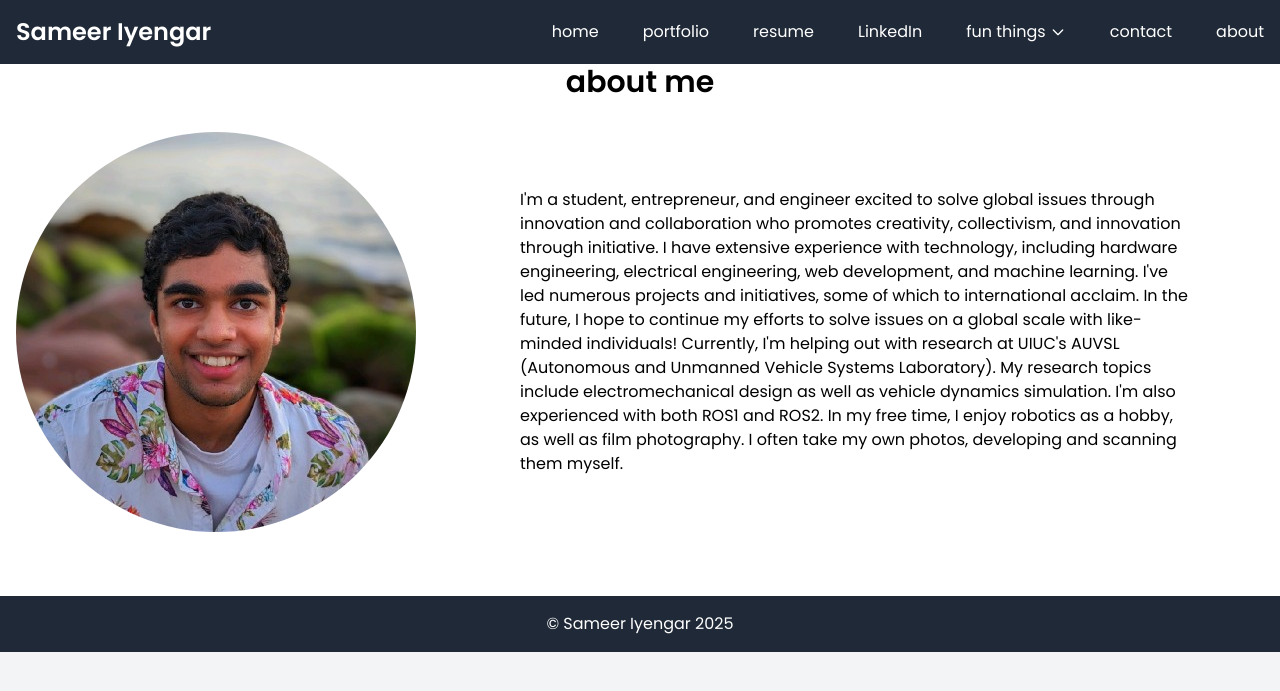
Repository: siyengar04/siyengar04.github.io
Page: about.html
These files come from the project's save history. The page is drawn as it stood at one moment and after the next save; the edit follows.
The browser window is 1280 px wide. The pictures show the whole page.
Some web libraries are served in a nearby version.

Above is the page before, as saved 2025-06-26 18:23:21.

### about.html
<!DOCTYPE html>
<html lang="en">

<head>
    <meta charset="UTF-8">
    <meta name="viewport" content="width=device-width, initial-scale=1.0">
    <meta property="og:image" content="/images/profile.jpg">
    <meta property="og:image:type" content="image/jpg">
    <meta name="description" content="student, innovator, engineer" />
    <meta property="og:title" content="Sameer Iyengar">
    <meta property="og:description" content="student, innovator, engineer">

    <title>Sameer Iyengar</title>
    <script src="https://cdn.tailwindcss.com"></script>
    <link href="/src/output.css" rel="stylesheet">
    <link href="https://fonts.googleapis.com/css2?family=Poppins:wght@300;400;600&display=swap" rel="stylesheet">
    <style>
        body {
            font-family: 'Poppins', sans-serif;
        }
    </style>
</head>

<body class="bg-gray-100">
    <header class="fixed top-0 z-10 w-full py-4 text-white bg-gray-800">
        <div class="container flex items-center justify-between px-4 mx-auto">
            <h1 class="text-2xl font-semibold">Sameer Iyengar</h1>
            <div class="md:hidden">
                <button id="nav-toggle" class="text-white focus:outline-none">
                    <svg xmlns="http://www.w3.org/2000/svg" class="w-6 h-6" fill="none" viewBox="0 0 24 24" stroke="currentColor">
                        <path stroke-linecap="round" stroke-linejoin="round" stroke-width="2" d="M4 6h16M4 12h16m-7 6h7" />
                    </svg>
                </button>
            </div>
            <nav id="nav-menu" class="hidden md:flex md:space-x-6">
                <ul class="flex flex-col space-y-4 md:flex-row md:space-y-0 md:space-x-6">
                    <li><a href="index.html" class="hover:text-gray-400">home</a></li>
                    <li><a href="/portfolio.html" class="hover:text-gray-400">portfolio</a></li>
                    <li><a href="/resume.html" class="hover:text-gray-400">resume</a></li>
                    <li><a href="https://www.linkedin.com/in/sameer-iyengar/" class="hover:text-gray-400">LinkedIn</a></li>

                    <!-- Fun Things Dropdown -->
                    <li class="relative dropdown">
                        <button class="flex items-center hover:text-gray-400 focus:outline-none">
                            fun things
                            <svg xmlns="http://www.w3.org/2000/svg" class="w-4 h-4 ml-1" fill="none" viewBox="0 0 24 24" stroke="currentColor">
                                <path stroke-linecap="round" stroke-linejoin="round" stroke-width="2" d="M19 9l-7 7-7-7" />
                            </svg>
                        </button>
                        <div class="absolute z-20 hidden w-48 py-1 mt-2 bg-gray-700 rounded-md shadow-lg dropdown-menu">
                            <a href="/cat-gallery.html" class="block px-4 py-2 hover:bg-gray-600">eva!!</a>
                            <!-- <a href="/travel-photos.html" class="block px-4 py-2 hover:bg-gray-600">Travel Photos</a>
                            <a href="/hobbies.html" class="block px-4 py-2 hover:bg-gray-600">My Hobbies</a>
                            <a href="/fun-facts.html" class="block px-4 py-2 hover:bg-gray-600">Fun Facts</a> -->
                        </div>
                    </li>

                    <li><a href="/contact.html" class="hover:text-gray-400">contact</a></li>
                    <li><a href="/about.html" class="hover:text-gray-400">about</a></li>
                </ul>
            </nav>
        </div>
    </header>
    <section id="about" class="py-16 bg-white about">
        <h2 class="mb-8 text-3xl font-bold text-center">about me</h2>

        <div class="container flex flex-col items-center px-4 mx-auto md:flex-row">
            <img src="/images/profile.jpg" alt="Profile Picture" class="mb-8 rounded-full w-100 h-100 md:mb-0 md:mr-8">
            <div class="text-left md:text-left md:flex-1">
                <p class="max-w-2xl mx-auto text-left">I'm a student, entrepreneur, and engineer excited to solve global issues through innovation and collaboration who promotes creativity, collectivism, and innovation through initiative. I have extensive experience with technology, including hardware engineering, electrical engineering, web development, and machine learning. I've led numerous projects and initiatives, some of which to international acclaim. In the future, I hope to continue my efforts to solve issues on a global scale with like-minded individuals! Currently, I'm helping out with research at UIUC's AUVSL (Autonomous and Unmanned Vehicle Systems Laboratory). My research topics include electromechanical design as well as vehicle dynamics simulation. I'm also experienced with both ROS1 and ROS2. In my free time, I enjoy robotics as a hobby, as well as film photography. I often take my own photos, developing and scanning them myself.</p>
            </div>
        </div>
    </section>


    <footer class="py-4 text-center text-white bg-gray-800">
        <div class="container mx-auto">
            <p>&copy; Sameer Iyengar 2025</p>
        </div>
    </footer>

    <script>
        const navToggle = document.getElementById('nav-toggle');
        const navMenu = document.getElementById('nav-menu');

        navToggle.addEventListener('click', () => {
            navMenu.classList.toggle('hidden');
        });
    </script>
</body>

</html>

### src/output.css
*, ::before, ::after {
  --tw-border-spacing-x: 0;
  --tw-border-spacing-y: 0;
  --tw-translate-x: 0;
  --tw-translate-y: 0;
  --tw-rotate: 0;
  --tw-skew-x: 0;
  --tw-skew-y: 0;
  --tw-scale-x: 1;
  --tw-scale-y: 1;
  --tw-pan-x:  ;
  --tw-pan-y:  ;
  --tw-pinch-zoom:  ;
  --tw-scroll-snap-strictness: proximity;
  --tw-gradient-from-position:  ;
  --tw-gradient-via-position:  ;
  --tw-gradient-to-position:  ;
  --tw-ordinal:  ;
  --tw-slashed-zero:  ;
  --tw-numeric-figure:  ;
  --tw-numeric-spacing:  ;
  --tw-numeric-fraction:  ;
  --tw-ring-inset:  ;
  --tw-ring-offset-width: 0px;
  --tw-ring-offset-color: #fff;
  --tw-ring-color: rgb(59 130 246 / 0.5);
  --tw-ring-offset-shadow: 0 0 #0000;
  --tw-ring-shadow: 0 0 #0000;
  --tw-shadow: 0 0 #0000;
  --tw-shadow-colored: 0 0 #0000;
  --tw-blur:  ;
  --tw-brightness:  ;
  --tw-contrast:  ;
  --tw-grayscale:  ;
  --tw-hue-rotate:  ;
  --tw-invert:  ;
  --tw-saturate:  ;
  --tw-sepia:  ;
  --tw-drop-shadow:  ;
  --tw-backdrop-blur:  ;
  --tw-backdrop-brightness:  ;
  --tw-backdrop-contrast:  ;
  --tw-backdrop-grayscale:  ;
  --tw-backdrop-hue-rotate:  ;
  --tw-backdrop-invert:  ;
  --tw-backdrop-opacity:  ;
  --tw-backdrop-saturate:  ;
  --tw-backdrop-sepia:  ;
  --tw-contain-size:  ;
  --tw-contain-layout:  ;
  --tw-contain-paint:  ;
  --tw-contain-style:  ;
}

::backdrop {
  --tw-border-spacing-x: 0;
  --tw-border-spacing-y: 0;
  --tw-translate-x: 0;
  --tw-translate-y: 0;
  --tw-rotate: 0;
  --tw-skew-x: 0;
  --tw-skew-y: 0;
  --tw-scale-x: 1;
  --tw-scale-y: 1;
  --tw-pan-x:  ;
  --tw-pan-y:  ;
  --tw-pinch-zoom:  ;
  --tw-scroll-snap-strictness: proximity;
  --tw-gradient-from-position:  ;
  --tw-gradient-via-position:  ;
  --tw-gradient-to-position:  ;
  --tw-ordinal:  ;
  --tw-slashed-zero:  ;
  --tw-numeric-figure:  ;
  --tw-numeric-spacing:  ;
  --tw-numeric-fraction:  ;
  --tw-ring-inset:  ;
  --tw-ring-offset-width: 0px;
  --tw-ring-offset-color: #fff;
  --tw-ring-color: rgb(59 130 246 / 0.5);
  --tw-ring-offset-shadow: 0 0 #0000;
  --tw-ring-shadow: 0 0 #0000;
  --tw-shadow: 0 0 #0000;
  --tw-shadow-colored: 0 0 #0000;
  --tw-blur:  ;
  --tw-brightness:  ;
  --tw-contrast:  ;
  --tw-grayscale:  ;
  --tw-hue-rotate:  ;
  --tw-invert:  ;
  --tw-saturate:  ;
  --tw-sepia:  ;
  --tw-drop-shadow:  ;
  --tw-backdrop-blur:  ;
  --tw-backdrop-brightness:  ;
  --tw-backdrop-contrast:  ;
  --tw-backdrop-grayscale:  ;
  --tw-backdrop-hue-rotate:  ;
  --tw-backdrop-invert:  ;
  --tw-backdrop-opacity:  ;
  --tw-backdrop-saturate:  ;
  --tw-backdrop-sepia:  ;
  --tw-contain-size:  ;
  --tw-contain-layout:  ;
  --tw-contain-paint:  ;
  --tw-contain-style:  ;
}

/*
! tailwindcss v3.4.14 | MIT License | https://tailwindcss.com
*/

/*
1. Prevent padding and border from affecting element width. (https://github.com/mozdevs/cssremedy/issues/4)
2. Allow adding a border to an element by just adding a border-width. (https://github.com/tailwindcss/tailwindcss/pull/116)
*/

*,
::before,
::after {
  box-sizing: border-box;
  /* 1 */
  border-width: 0;
  /* 2 */
  border-style: solid;
  /* 2 */
  border-color: #e5e7eb;
  /* 2 */
}

::before,
::after {
  --tw-content: '';
}

/*
1. Use a consistent sensible line-height in all browsers.
2. Prevent adjustments of font size after orientation changes in iOS.
3. Use a more readable tab size.
4. Use the user's configured `sans` font-family by default.
5. Use the user's configured `sans` font-feature-settings by default.
6. Use the user's configured `sans` font-variation-settings by default.
7. Disable tap highlights on iOS
*/

html,
:host {
  line-height: 1.5;
  /* 1 */
  -webkit-text-size-adjust: 100%;
  /* 2 */
  -moz-tab-size: 4;
  /* 3 */
  -o-tab-size: 4;
     tab-size: 4;
  /* 3 */
  font-family: ui-sans-serif, system-ui, sans-serif, "Apple Color Emoji", "Segoe UI Emoji", "Segoe UI Symbol", "Noto Color Emoji";
  /* 4 */
  font-feature-settings: normal;
  /* 5 */
  font-variation-settings: normal;
  /* 6 */
  -webkit-tap-highlight-color: transparent;
  /* 7 */
}

/*
1. Remove the margin in all browsers.
2. Inherit line-height from `html` so users can set them as a class directly on the `html` element.
*/

body {
  margin: 0;
  /* 1 */
  line-height: inherit;
  /* 2 */
}

/*
1. Add the correct height in Firefox.
2. Correct the inheritance of border color in Firefox. (https://bugzilla.mozilla.org/show_bug.cgi?id=190655)
3. Ensure horizontal rules are visible by default.
*/

hr {
  height: 0;
  /* 1 */
  color: inherit;
  /* 2 */
  border-top-width: 1px;
  /* 3 */
}

/*
Add the correct text decoration in Chrome, Edge, and Safari.
*/

abbr:where([title]) {
  -webkit-text-decoration: underline dotted;
          text-decoration: underline dotted;
}

/*
Remove the default font size and weight for headings.
*/

h1,
h2,
h3,
h4,
h5,
h6 {
  font-size: inherit;
  font-weight: inherit;
}

/*
Reset links to optimize for opt-in styling instead of opt-out.
*/

a {
  color: inherit;
  text-decoration: inherit;
}

/*
Add the correct font weight in Edge and Safari.
*/

b,
strong {
  font-weight: bolder;
}

/*
1. Use the user's configured `mono` font-family by default.
2. Use the user's configured `mono` font-feature-settings by default.
3. Use the user's configured `mono` font-variation-settings by default.
4. Correct the odd `em` font sizing in all browsers.
*/

code,
kbd,
samp,
pre {
  font-family: ui-monospace, SFMono-Regular, Menlo, Monaco, Consolas, "Liberation Mono", "Courier New", monospace;
  /* 1 */
  font-feature-settings: normal;
  /* 2 */
  font-variation-settings: normal;
  /* 3 */
  font-size: 1em;
  /* 4 */
}

/*
Add the correct font size in all browsers.
*/

small {
  font-size: 80%;
}

/*
Prevent `sub` and `sup` elements from affecting the line height in all browsers.
*/

sub,
sup {
  font-size: 75%;
  line-height: 0;
  position: relative;
  vertical-align: baseline;
}

sub {
  bottom: -0.25em;
}

sup {
  top: -0.5em;
}

/*
1. Remove text indentation from table contents in Chrome and Safari. (https://bugs.chromium.org/p/chromium/issues/detail?id=999088, https://bugs.webkit.org/show_bug.cgi?id=201297)
2. Correct table border color inheritance in all Chrome and Safari. (https://bugs.chromium.org/p/chromium/issues/detail?id=935729, https://bugs.webkit.org/show_bug.cgi?id=195016)
3. Remove gaps between table borders by default.
*/

table {
  text-indent: 0;
  /* 1 */
  border-color: inherit;
  /* 2 */
  border-collapse: collapse;
  /* 3 */
}

/*
1. Change the font styles in all browsers.
2. Remove the margin in Firefox and Safari.
3. Remove default padding in all browsers.
*/

button,
input,
optgroup,
select,
textarea {
  font-family: inherit;
  /* 1 */
  font-feature-settings: inherit;
  /* 1 */
  font-variation-settings: inherit;
  /* 1 */
  font-size: 100%;
  /* 1 */
  font-weight: inherit;
  /* 1 */
  line-height: inherit;
  /* 1 */
  letter-spacing: inherit;
  /* 1 */
  color: inherit;
  /* 1 */
  margin: 0;
  /* 2 */
  padding: 0;
  /* 3 */
}

/*
Remove the inheritance of text transform in Edge and Firefox.
*/

button,
select {
  text-transform: none;
}

/*
1. Correct the inability to style clickable types in iOS and Safari.
2. Remove default button styles.
*/

button,
input:where([type='button']),
input:where([type='reset']),
input:where([type='submit']) {
  -webkit-appearance: button;
  /* 1 */
  background-color: transparent;
  /* 2 */
  background-image: none;
  /* 2 */
}

/*
Use the modern Firefox focus style for all focusable elements.
*/

:-moz-focusring {
  outline: auto;
}

/*
Remove the additional `:invalid` styles in Firefox. (https://github.com/mozilla/gecko-dev/blob/2f9eacd9d3d995c937b4251a5557d95d494c9be1/layout/style/res/forms.css#L728-L737)
*/

:-moz-ui-invalid {
  box-shadow: none;
}

/*
Add the correct vertical alignment in Chrome and Firefox.
*/

progress {
  vertical-align: baseline;
}

/*
Correct the cursor style of increment and decrement buttons in Safari.
*/

::-webkit-inner-spin-button,
::-webkit-outer-spin-button {
  height: auto;
}

/*
1. Correct the odd appearance in Chrome and Safari.
2. Correct the outline style in Safari.
*/

[type='search'] {
  -webkit-appearance: textfield;
  /* 1 */
  outline-offset: -2px;
  /* 2 */
}

/*
Remove the inner padding in Chrome and Safari on macOS.
*/

::-webkit-search-decoration {
  -webkit-appearance: none;
}

/*
1. Correct the inability to style clickable types in iOS and Safari.
2. Change font properties to `inherit` in Safari.
*/

::-webkit-file-upload-button {
  -webkit-appearance: button;
  /* 1 */
  font: inherit;
  /* 2 */
}

/*
Add the correct display in Chrome and Safari.
*/

summary {
  display: list-item;
}

/*
Removes the default spacing and border for appropriate elements.
*/

blockquote,
dl,
dd,
h1,
h2,
h3,
h4,
h5,
h6,
hr,
figure,
p,
pre {
  margin: 0;
}

fieldset {
  margin: 0;
  padding: 0;
}

legend {
  padding: 0;
}

ol,
ul,
menu {
  list-style: none;
  margin: 0;
  padding: 0;
}

/*
Reset default styling for dialogs.
*/

dialog {
  padding: 0;
}

/*
Prevent resizing textareas horizontally by default.
*/

textarea {
  resize: vertical;
}

/*
1. Reset the default placeholder opacity in Firefox. (https://github.com/tailwindlabs/tailwindcss/issues/3300)
2. Set the default placeholder color to the user's configured gray 400 color.
*/

input::-moz-placeholder, textarea::-moz-placeholder {
  opacity: 1;
  /* 1 */
  color: #9ca3af;
  /* 2 */
}

input::placeholder,
textarea::placeholder {
  opacity: 1;
  /* 1 */
  color: #9ca3af;
  /* 2 */
}

/*
Set the default cursor for buttons.
*/

button,
[role="button"] {
  cursor: pointer;
}

/*
Make sure disabled buttons don't get the pointer cursor.
*/

:disabled {
  cursor: default;
}

/*
1. Make replaced elements `display: block` by default. (https://github.com/mozdevs/cssremedy/issues/14)
2. Add `vertical-align: middle` to align replaced elements more sensibly by default. (https://github.com/jensimmons/cssremedy/issues/14#issuecomment-634934210)
   This can trigger a poorly considered lint error in some tools but is included by design.
*/

img,
svg,
video,
canvas,
audio,
iframe,
embed,
object {
  display: block;
  /* 1 */
  vertical-align: middle;
  /* 2 */
}

/*
Constrain images and videos to the parent width and preserve their intrinsic aspect ratio. (https://github.com/mozdevs/cssremedy/issues/14)
*/

img,
video {
  max-width: 100%;
  height: auto;
}

/* Make elements with the HTML hidden attribute stay hidden by default */

[hidden]:where(:not([hidden="until-found"])) {
  display: none;
}

body {
  font-family: 'Poppins', sans-serif;
  margin: 0;
  padding: 0;
  box-sizing: border-box;
}

header {
  background-color: #333;
  padding: 20px 0;
  color: #fff;
}

header nav ul {
  display: flex;
  list-style-type: none;
  gap: 20px;
}

header nav ul li a {
  color: #fff;
  text-decoration: none;
}

.hero {
  background: url('images/hero.jpg') no-repeat center center/cover;
  height: 80vh;
  display: flex;
  align-items: center;
  justify-content: center;
  color: #fff;
  text-align: center;
}

.portfolio {
  padding: 40px 0;
}

.gallery {
  display: grid;
  grid-template-columns: repeat(auto-fit, minmax(200px, 1fr));
  gap: 20px;
}

.gallery img {
  width: 100%;
  height: auto;
}

.contact-btn {
  background-color: #333;
  color: #fff;
  padding: 10px 20px;
  text-decoration: none;
  border-radius: 5px;
}

footer {
  background-color: #333;
  color: #fff;
  text-align: center;
  padding: 10px 0;
}

After the next save:
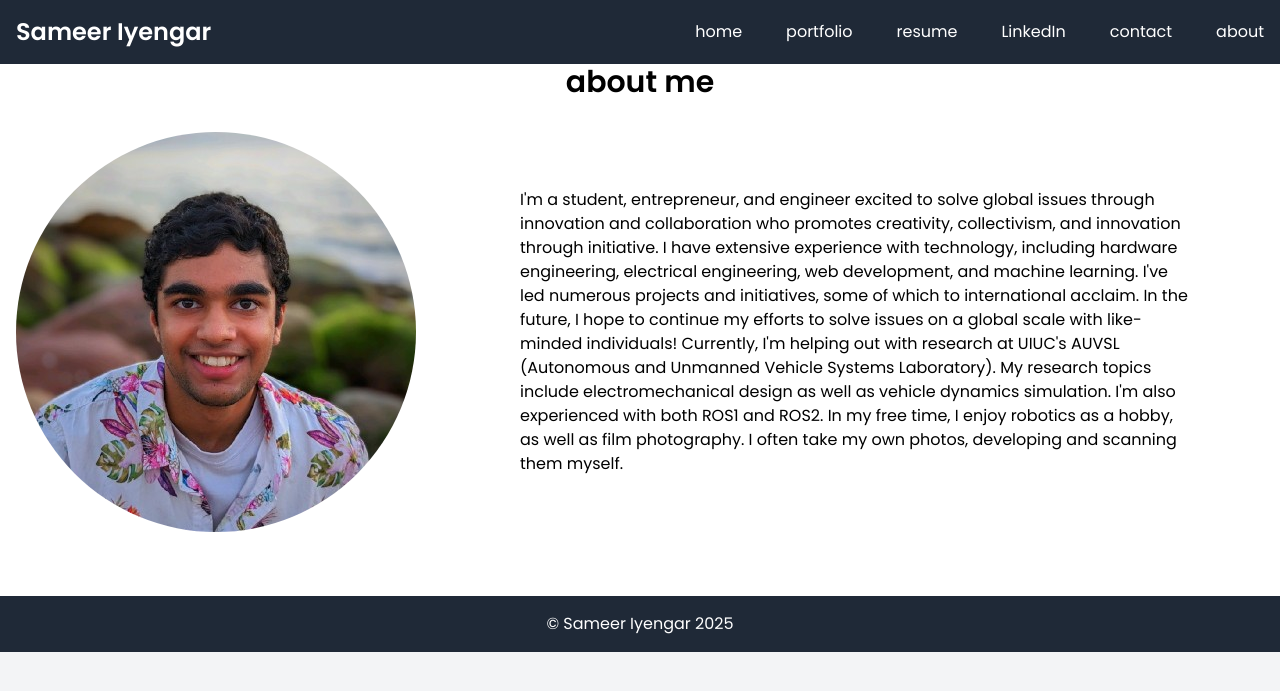
Saved 8 s later.
--- a/about.html
+++ b/about.html
@@ -38,23 +38,6 @@
                     <li><a href="/portfolio.html" class="hover:text-gray-400">portfolio</a></li>
                     <li><a href="/resume.html" class="hover:text-gray-400">resume</a></li>
                     <li><a href="https://www.linkedin.com/in/sameer-iyengar/" class="hover:text-gray-400">LinkedIn</a></li>
-
-                    <!-- Fun Things Dropdown -->
-                    <li class="relative dropdown">
-                        <button class="flex items-center hover:text-gray-400 focus:outline-none">
-                            fun things
-                            <svg xmlns="http://www.w3.org/2000/svg" class="w-4 h-4 ml-1" fill="none" viewBox="0 0 24 24" stroke="currentColor">
-                                <path stroke-linecap="round" stroke-linejoin="round" stroke-width="2" d="M19 9l-7 7-7-7" />
-                            </svg>
-                        </button>
-                        <div class="absolute z-20 hidden w-48 py-1 mt-2 bg-gray-700 rounded-md shadow-lg dropdown-menu">
-                            <a href="/cat-gallery.html" class="block px-4 py-2 hover:bg-gray-600">eva!!</a>
-                            <!-- <a href="/travel-photos.html" class="block px-4 py-2 hover:bg-gray-600">Travel Photos</a>
-                            <a href="/hobbies.html" class="block px-4 py-2 hover:bg-gray-600">My Hobbies</a>
-                            <a href="/fun-facts.html" class="block px-4 py-2 hover:bg-gray-600">Fun Facts</a> -->
-                        </div>
-                    </li>
-
                     <li><a href="/contact.html" class="hover:text-gray-400">contact</a></li>
                     <li><a href="/about.html" class="hover:text-gray-400">about</a></li>
                 </ul>
